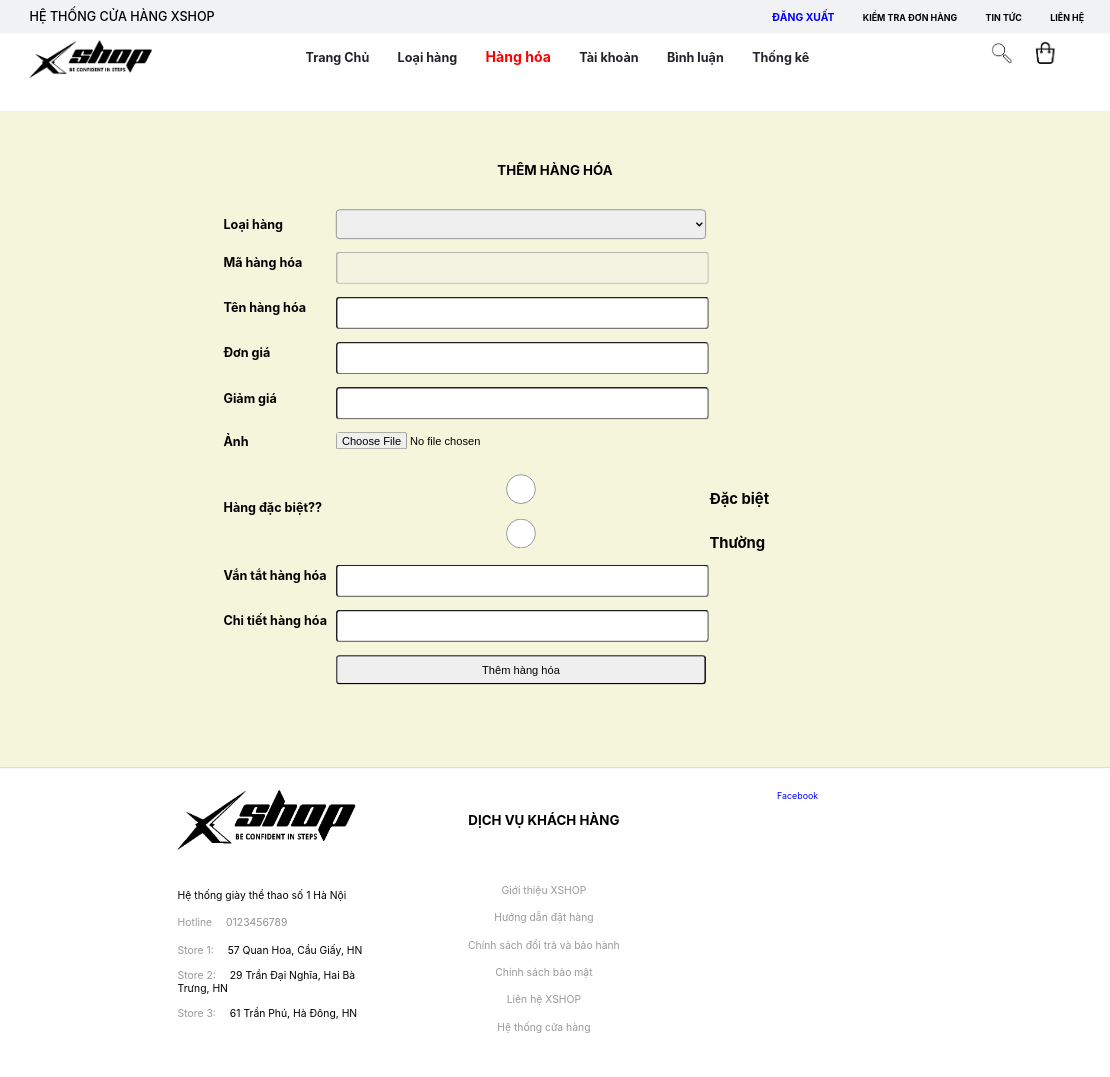
Repository: tienaq123/dam
Page: http://localhost/ass/ad/themsanpham.php
These files come from the project's save history. The page is drawn as it stood at one moment and after the next save; the edit follows.
The browser window is 1280 px wide. The page is 1500 px wide, so the pictures cover 1500 px, including what lies to the right of the window. The pictures show the whole page, at 74% of full size.
The page is run by PHP 8.4 with error messages shown; the project is at /var/www/html/. Queries for data that is not in the repository find no rows.

Above is the page before, as saved 2021-10-22 02:20:33.

After the next save:
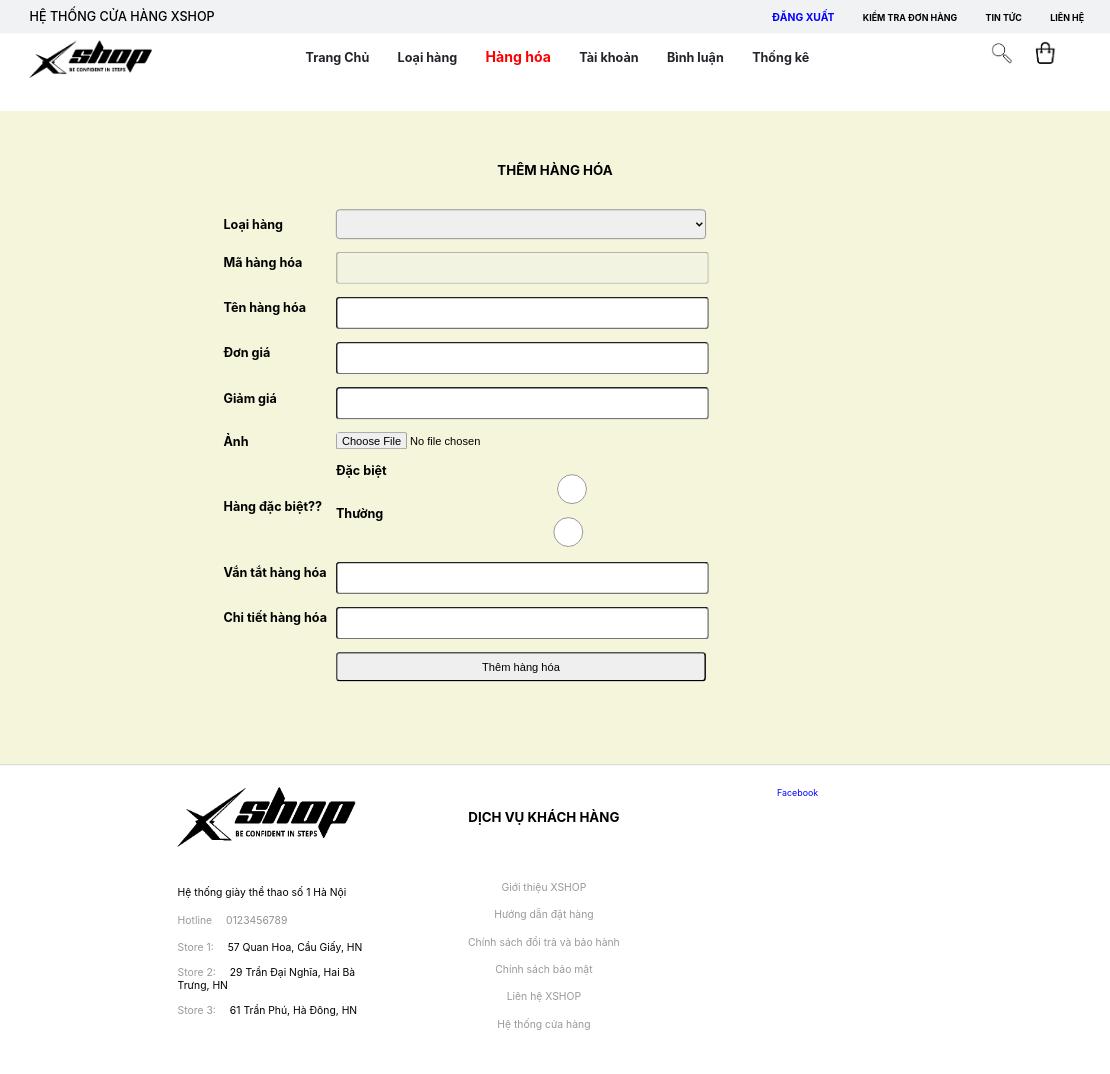
Saved 53 s later.
--- a/ad/themsanpham.php
+++ b/ad/themsanpham.php
@@ -96,8 +96,8 @@
 
                     <tr>
                         <td class="left">Hàng đặc biệt??</td>
-                        <td class="right"><input name="dac_biet" type="radio" value="dac_biet" /><span style="font-size: 20px; font-weight:bold"> Đặc biệt</span>
-                                          <input name="dac_biet" type="radio" value="thuong" /><span style="font-size: 20px; font-weight:bold"> Thường</span> <br>
+                        <td class="right"><input name="dac_biet" type="radio" value="dac_biet" /><span style="font-size: 17px; font-weight:bold; float:left;"> Đặc biệt</span>
+                                          <input name="dac_biet" type="radio" value="thuong" /><span style="font-size: 17px; font-weight:bold; float:left;"> Thường</span> <br>
                         </td>
                     </tr>
 
